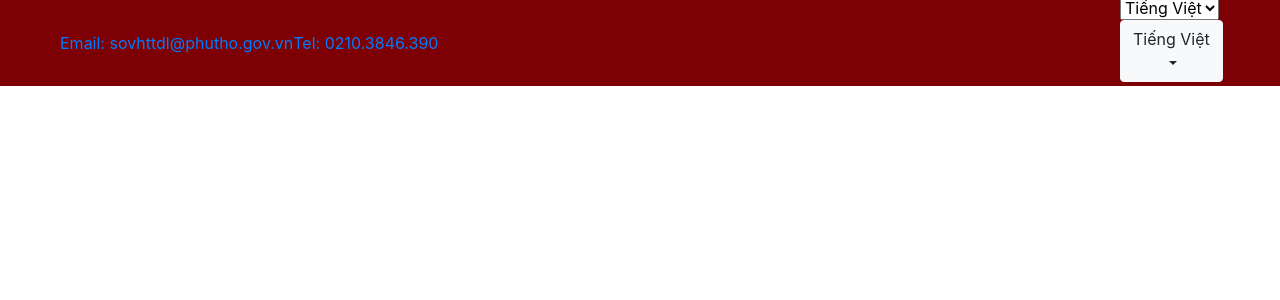
Repository: NgocNB20/Front_end_KLTN
Page: index.html
These files come from the project's save history. The page is drawn as it stood at one moment and after the next save; the edit follows.
The browser window is 1280 px wide. The pictures show the whole page.
Some web fonts or font styles are not loaded; a fallback is used. Some web libraries are served in a nearby version.

Above is the page before, as saved 2021-11-28 10:31:57.

After the next save:
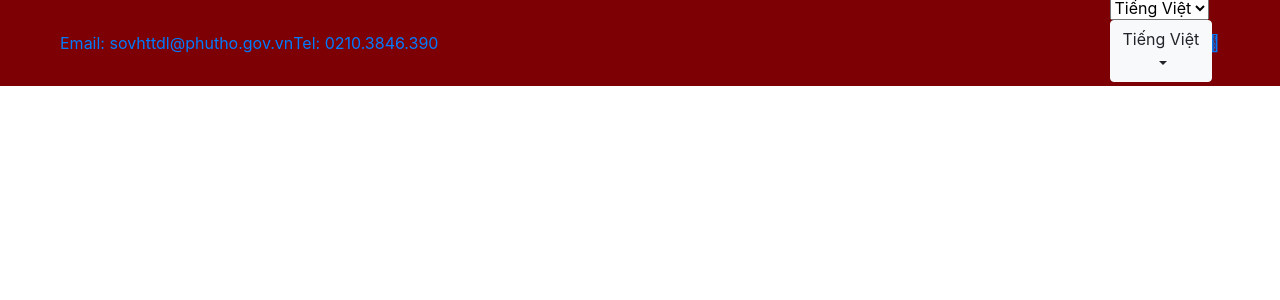
Saved 82 s later.
--- a/index.html
+++ b/index.html
@@ -47,7 +47,7 @@
                                 </div>
                             </div>
                         </div>
-                        <a href="#" class="main-nav__search search-popup__toggler"><i class="tripo-icon-magnifying-glass"></i></a>
+                        <a href="#" class="main-nav__search search-popup__toggler"><i class="fal fa-search"></i></a>
                         <a href="#" class="main-nav__login login-popup__toggler"><i class="tripo-icon-avatar"></i></a>
                     </div>
                 </div>
